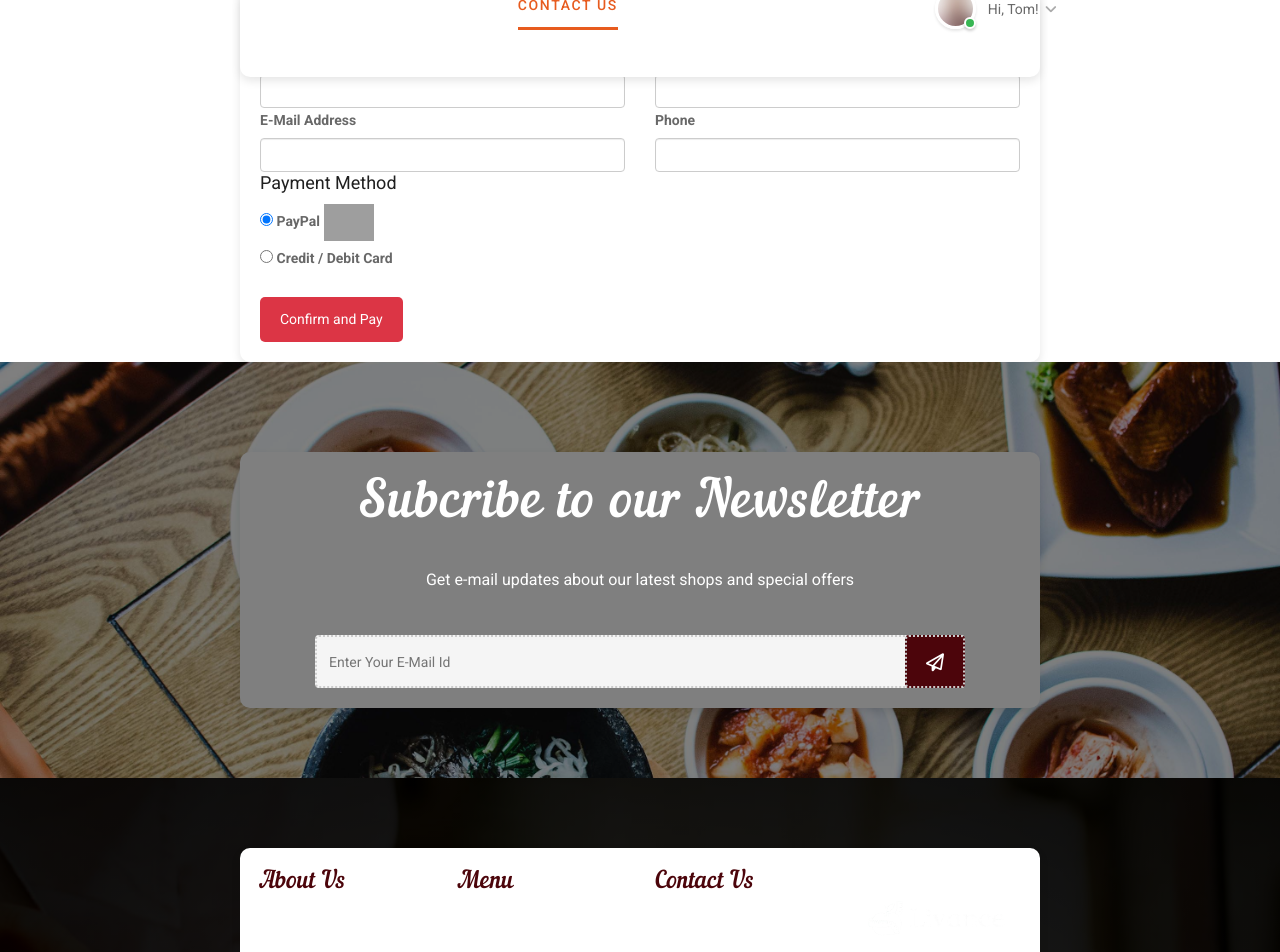
Repository: Surahailat/masterpiece
Page: masterpiece-p1/Payment .html
The author's editor kept a copy of each file at every save. The page is drawn from the files as they stood at one save, then again after a run of saves.
The browser window is 1280 px wide. The pictures show the part of the page from y = 368 to 1320 px (the page is 1757 px tall before and 1793 px after).
Pictures or frames that could not be fetched are drawn as grey boxes. Backgrounds fixed to the window are drawn as part of the page. Some web fonts or font styles are not loaded; a fallback is used. Some web libraries are served in a nearby version.

Above is the page before, as saved 2025-02-08 19:06:41.

### masterpiece-p1/Payment .html
<!DOCTYPE html>
<html lang="en">

<head>
    <!-- Basic -->
    <meta charset="utf-8">
    <meta http-equiv="X-UA-Compatible" content="IE=edge">

    <!-- Mobile Metas -->
    <meta name="viewport" content="width=device-width, maximum-scale=1, initial-scale=1, user-scalable=0">

    <!-- Site Metas -->
    <title>Food Funday Restaurant - One page HTML Responsive</title>
    <meta name="keywords" content="">
    <meta name="description" content="">
    <meta name="author" content="">

    <!-- Site Icons -->
    <link rel="shortcut icon" href="images/favicon.ico" type="image/x-icon" />
    <link rel="apple-touch-icon" href="images/apple-touch-icon.png">
    <link rel="stylesheet" href="https://maxcdn.bootstrapcdn.com/font-awesome/4.6.1/css/font-awesome.min.css">
    <!-- Bootstrap CSS -->
    <link rel="stylesheet" href="css/bootstrap.min.css">
    <link rel="stylesheet" href="https://cdn.jsdelivr.net/npm/bootstrap-icons@1.3.0/font/bootstrap-icons.css">
    <!-- Site CSS -->
    <link rel="stylesheet" href="css/Payment .css">
    <!-- Responsive CSS -->
    <link rel="stylesheet" href="css/responsive.css">
    <!-- color -->
    <link id="changeable-colors" rel="stylesheet" href="css/colors/orange.css" />
    <link href="https://cdnjs.cloudflare.com/ajax/libs/font-awesome/6.0.0-beta3/css/all.min.css" rel="stylesheet">



    <script src="https://kit.fontawesome.com/64d58efce2.js" crossorigin="anonymous"></script>



    <!-- Modernizer -->
    <script src="js/modernizer.js"></script>
</head>

<body>
    <div id="loader">
        <div id="status"></div>
    </div>
    <div id="site-header">
        <header id="header" class="header-block-top">
            <div class="container">
                <div class="row">
                    <div class="main-menu">
                        <!-- navbar -->
                        <nav class="navbar navbar-default" id="mainNav">
                            <div class="navbar-header">
                                <button type="button" class="navbar-toggle collapsed" data-toggle="collapse"
                                    data-target="#navbar" aria-expanded="false" aria-controls="navbar">
                                    <span class="sr-only">Toggle navigation</span>
                                    <span class="icon-bar"></span>
                                    <span class="icon-bar"></span>
                                    <span class="icon-bar"></span>
                                </button>
                            </div>
                            <div id="navbar" class="navbar-collapse collapse">
                                <ul class="nav navbar-nav navbar-left" style="width: 2%;">
                                    <li><img src="/images/Screenshot_2025-01-26_114436-removebg-preview (1).png" alt=""
                                            style="width: 34rem;
                                        position: relative;
                                        right: 56%;
                                        top: -6rem;"></li>
                                </ul>
                                <ul class="nav navbar-nav navbar" style="margin-left: 18%;">
                                    <li class="active"><a href="#banner">Home</a></li>
                                    <li><a href="#about">My Meals</a></li>
                                    <li><a href="#our_team">Shop</a></li>
                                    <li><a href="#menu">Our Doctors</a></li>
                                    <li><a href="#gallery">BMR Calculator</a></li>

                                    <li><a href="#reservation">About us</a></li>
                                    <li><a href="#footer">Contact us</a></li>
                                </ul>
                                <!-- Right Side Content / End -->
                                <div class="right-side">
                                    <div class="header-widget">
                                        <!-- User Menu -->
                                        <div class="user-menu">
                                            <div class="user-name"><span><img src="images/dashboard-avatar.jpg"
                                                        alt=""></span>Hi, Tom!</div>
                                            <ul>
                                                <li><a href=""><i class="fa-regular fa-user"
                                                            style="color: #696969;"></i> My Profile</a></li>
                                                <li><a href=""><i class="fa-regular fa-envelope-open"
                                                            style="color: #696969;"></i> Messages</a></li>
                                                <li><a href=""><i class="fa-solid fa-arrow-right-from-bracket"
                                                            style="color: #696969;"></i> Logout</a></li>
                                            </ul>
                                        </div>
                                    </div>
                                </div>

                            </div>
                            <!-- end nav-collapse -->
                        </nav>
                        <!-- end navbar -->
                    </div>
                </div>
                <!-- end row -->
            </div>
            <!-- end container-fluid -->
        </header>
        <!-- end header -->
    </div>
    <!-- end site-header -->

    <div id="banner" class="banner full-screen-mode parallax">
        <video autoplay muted loop id="background-video">
            <source src="https://videos.pexels.com/video-files/7821640/7821640-hd_1920_1080_30fps.mp4" type="video/mp4">
            Your browser does not support the video tag.
        </video>
    </div>

    <!-- end banner -->




    <div class="container">
        <h3 class="mb-4">Personal Details</h3>
        <div class="row g-3">
            <div class="col-md-6">
                <label for="firstName" class="form-label">First Name</label>
                <input type="text" class="form-control" id="firstName">
            </div>
            <div class="col-md-6">
                <label for="lastName" class="form-label">Last Name</label>
                <input type="text" class="form-control" id="lastName">
            </div>
            <div class="col-md-6">
                <label for="email" class="form-label">E-Mail Address</label>
                <input type="email" class="form-control" id="email">
            </div>
            <div class="col-md-6">
                <label for="phone" class="form-label">Phone</label>
                <input type="text" class="form-control" id="phone">
            </div>
        </div>

        <h3 class="mt-5 mb-4">Payment Method</h3>
        <div>
            <div class="form-check">
                <input class="form-check-input" type="radio" name="paymentMethod" id="paypal" value="paypal" checked>
                <label class="form-check-label" for="paypal">
                    PayPal
                    <img src="https://upload.wikimedia.org/wikipedia/commons/b/b5/PayPal.svg" alt="PayPal" width="50">
                </label>
            </div>
            <div class="payment-tab-content" id="paypal-content">
                <p>You will be redirected to PayPal to complete the payment.</p>

            </div>

            <div class="form-check mt-3">
                <input class="form-check-input" type="radio" name="paymentMethod" id="creditCard" value="creditCard">
                <label class="form-check-label" for="creditCard">
                    Credit / Debit Card

                </label>
            </div>
            <div class="payment-tab-content" id="creditCard-content">
                <div class="row g-3 mt-3">
                    <div class="col-md-6">
                        <label for="nameOnCard" class="form-label">Name on Card</label>
                        <input type="text" class="form-control" id="nameOnCard">
                    </div>
                    <div class="col-md-6">
                        <label for="cardNumber" class="form-label">Card Number</label>
                        <input type="text" class="form-control" id="cardNumber" placeholder="1234 5678 9876 5432">
                    </div>
                    <div class="col-md-4">
                        <label for="expiryMonth" class="form-label">Expiry Month</label>
                        <input type="text" class="form-control" id="expiryMonth" placeholder="MM">
                    </div>
                    <div class="col-md-4">
                        <label for="expiryYear" class="form-label">Expiry Year</label>
                        <input type="text" class="form-control" id="expiryYear" placeholder="YY">
                    </div>
                    <div class="col-md-4">
                        <label for="cvv" class="form-label">CVV</label>
                        <input type="text" class="form-control" id="cvv">
                    </div>
                </div>
            </div>
        </div>

        <a href="#" class="button">Confirm and Pay</a>
    </div>








    <div id="footer" class="footer-main">
        <div class="footer-news pad-top-100 pad-bottom-70 parallax">
            <div class="container">
                <div class="row">
                    <div class="col-lg-12 col-md-12 col-sm-12 col-xs-12">
                        <div class="wow fadeIn" data-wow-duration="1s" data-wow-delay="0.1s">
                            <h2 class="ft-title color-white text-center">Subcribe to our Newsletter</h2>
                            <p> Get e-mail updates about our latest shops and special offers</p>
                        </div>
                        <form>
                            <input type="email" placeholder="Enter your e-mail id">
                            <a href="#" class="orange-btn"><i class="fa fa-paper-plane-o" aria-hidden="true"></i></a>
                        </form>
                    </div>
                    <!-- end col -->
                </div>
                <!-- end row -->
            </div>
            <!-- end container -->
        </div>
        <!-- end footer-news -->
        <div class="footer-box pad-top-70">
            <div class="container">
                <div class="row">
                    <div class="footer-in-main">

                        <div class="col-lg-3 col-md-3 col-sm-6 col-xs-12">
                            <div class="footer-box-a">
                                <h3>About Us</h3>
                                <p>A dedicated platform for healthy recipes tailored for individuals with diabetes
                                    and
                                    hypertension. Discover balanced and delicious meal options to support your
                                    health
                                    and lifestyle.</p>
                                <ul class="socials-box footer-socials pull-left">
                                    <li>
                                        <a href="#">
                                            <div class="social-circle-border"><i class="bi bi-facebook"></i></div>
                                        </a>
                                    </li>

                                    <li>
                                        <a href="#">
                                            <div class="social-circle-border"><i class="bi bi-instagram"></i>
                                            </div>
                                        </a>
                                    </li>
                                    <li>
                                        <a href="#">
                                            <div class="social-circle-border"><i class="bi bi-youtube"></i></div>
                                        </a>
                                    </li>
                                </ul>

                            </div>
                            <!-- end footer-box-a -->
                        </div>
                        <!-- end col -->
                        <div class="col-lg-3 col-md-3 col-sm-6 col-xs-12">
                            <div class="footer-box-b">
                                <h3>Menu</h3>
                                <ul>
                                    <li><a href="#">Homa</a></li>
                                    <li><a href="#">My Meals</a></li>
                                    <li><a href="#">Shop</a></li>
                                    <li><a href="#">Our Doctors</a></li>
                                    <li><a href="#">BMR Calculator</a></li>
                                    <li><a href="#">About us</a></li>
                                    <li><a href="#">Contact us</a></li>

                                </ul>
                            </div>
                            <!-- end footer-box-b -->
                        </div>
                        <!-- end col -->
                        <div class="col-lg-3 col-md-3 col-sm-6 col-xs-12">
                            <div class="footer-box-c">
                                <h3>Contact Us</h3>

                                <p>
                                    <i class="fa fa-mobile" aria-hidden="true"></i>
                                    <span>
                                        +962 7 7777 7777
                                    </span>
                                </p>
                                <p>
                                    <i class="fa fa-envelope" aria-hidden="true"></i>
                                    <span><a href="#">info@example.com</a></span>
                                </p>
                            </div>
                            <!-- end footer-box-c -->
                        </div>
                        <!-- end col -->
                        <div class="footer-logo">
                            <div class="text-center">
                                <img src="/images/Screenshot_2025-01-26_114436-removebg-preview (1).png" alt="" style="    width: 25%;
margin-top: -2%;" />
                            </div>
                        </div>
                    </div>
                    <!-- end footer-in-main -->
                </div>
                <!-- end row -->
            </div>
            <!-- end container -->
            <div id="copyright" class="copyright-main">
                <div class="container">
                    <div class="row">
                        <div class="col-lg-12 col-md-12 col-sm-12 col-xs-12">
                            <h6 class="copy-title"> Copyright &copy; 2025 HEALTHY IS WEALTHY .All right reserved.
                                <br>
                                <br>
                                <a href="https://themewagon.com/" target="_blank">Terms & Condition </a>
                                <a href="https://themewagon.com/" target="_blank">Privacy Policy</a>
                            </h6>
                        </div>
                    </div>
                    <!-- end row -->
                </div>
                <!-- end container -->
            </div>
            <!-- end copyright-main -->
        </div>
        <!-- end footer-box -->
    </div>
    <!-- end footer-main -->
    <!-- ALL JS FILES -->


    <a href="#" class="scrollup" style="display: none;">Scroll</a>




    <script src="js/all.js"></script>
    <script src="js/bootstrap.min.js"></script>
    <!-- ALL PLUGINS -->
    <script src="js/custom.js"></script>
    <script src="https://code.jquery.com/jquery-2.2.4.min.js"></script>
    <script>
        document.addEventListener("DOMContentLoaded", function () {
            const userMenu = document.querySelector(".user-menu");
            const userName = userMenu.querySelector(".user-name");
            const menuList = userMenu.querySelector("ul");

            userName.addEventListener("click", function (event) {
                event.stopPropagation(); // منع غلق القائمة عند الضغط على العنصر نفسه
                userMenu.classList.toggle("active");
            });

            document.addEventListener("click", function (event) {
                if (!userMenu.contains(event.target)) {
                    userMenu.classList.remove("active"); // إخفاء القائمة عند النقر خارجها
                }
            });
        });
    </script>
</body>

</html>

### masterpiece-p1/css/colors/orange.css
.navbar-default .navbar-toggle .icon-bar{
	background-color: #e75b1e;
}
.main-menu .navbar-default .navbar-nav .active a{
	color: #e75b1e;
}
.main-menu nav li a::after {
    background: #e75b1e;
}
.typer{
	color: #e75b1e !important;
}
.banner-text h2{
	color: #e75b1e
}
.book-btn a{
	background: #e75b1e;
	border: 3px solid #e75b1e;
}
.book-btn a:hover{
	border: 3px solid #f04900;
}
.hvr-underline-from-center::before{
	background:#f04900;
}
.block-title{
	color: #e75b1e;
}
.item-type-zoom .item-hover:hover::before{
	background: rgba(231, 91, 30, 0.5);
}
.special-box .owl-theme .owl-controls .owl-page.active span{
	background: #e75b1e;
}
.offer-item div h3{
	color: #e75b1e;
}
.tab-menu .is-active{
	background: #e75b1e;
}
.tab-menu .slick-arrow.slick-prev{
	background: #e75b1e url(../../images/back.png) no-repeat center;
	background-position: 2px 4px;
}
.tab-menu .slick-arrow.slick-next{
	background: #e75b1e url(../../images/next.png) no-repeat center;
	background-position: 7px 4px;
}

.offer-item .offer-price{
	border: 1px solid #e75b1e;
}
.sf-team:hover .text-col{
	background-color: #e75b1e;
}
.gal-item a::after{
	background-color: rgba(231, 91, 30, 0.75);
}
.overlay i:hover{
	border: 1px solid #e75b1e;
	color: #e75b1e;
}
.blog-btn-v a{
	background: #e75b1e;
	border: 3px solid #e75b1e;
}
.book-srv a{
	background: #e75b1e;
	border: 3px solid #e75b1e;
}

.panel-pricing .panel-heading{
	background: #e75b1e;
}
.panel-pricing{
	border: 1px solid #e75b1e;
}
.panel-body p strong span{
	color: #e75b1e;
}
.pricing-main .panel-footer a{
	background: #e75b1e;
	border: 3px solid #e75b1e;
}
.pricing-main .panel-footer a:hover{
	border: 3px solid #f04900;
}

.reserve-book-btn button{
	background: #e75b1e;
	border: 3px solid #e75b1e;
}
.reserve-book-btn button:hover a{
	color:#000000;
}
.footer-news form a{
	background: #e75b1e;
}
.footer-news form a:hover{
	border: 2px dotted #e75b1e;
}
.footer-box-a h3{
	color: #e75b1e;
}
.footer-box-b h3{
	color: #e75b1e;
}
.footer-box-c h3{
	color: #e75b1e;
}
.footer-box-d h3{
	color: #e75b1e;
}
.footer-box-c p a:hover{
	color: #e75b1e;
}
.footer-box-b ul li a:hover{
	color: #e75b1e;
}

.footer-box .socials-box a:hover .social-circle-border{
	color: #e75b1e;
}

.footer-box-c p i{
	color: #e75b1e;
}

.copyright-main{
	background: #e75b1e;
}

#color-panel a.panel-button:hover{
	color: #e75b1e;
}

Loaded but not shown: masterpiece-p1/css/bootstrap.min.css (library); masterpiece-p1/css/owl.theme.css (common file); masterpiece-p1/css/owl.carousel.css (library); masterpiece-p1/css/slick.css (common file); masterpiece-p1/css/flaticon.css (common file); masterpiece-p1/css/font-awesome.min.css (library); masterpiece-p1/css/bootstrap-datetimepicker.css (library); masterpiece-p1/css/bootstrap-select.min.css (library); masterpiece-p1/css/normalize.css (library); masterpiece-p1/css/animate.min.css (library); masterpiece-p1/js/all.js (library); masterpiece-p1/js/bootstrap.min.js (library); masterpiece-p1/js/modernizer.js (4546 lines, source omitted); masterpiece-p1/js/custom.js (309 lines, source omitted); masterpiece-p1/css/Payment .css (1104 lines, source omitted); masterpiece-p1/css/responsive.css (333 lines, source omitted)

After the next 2 saves:
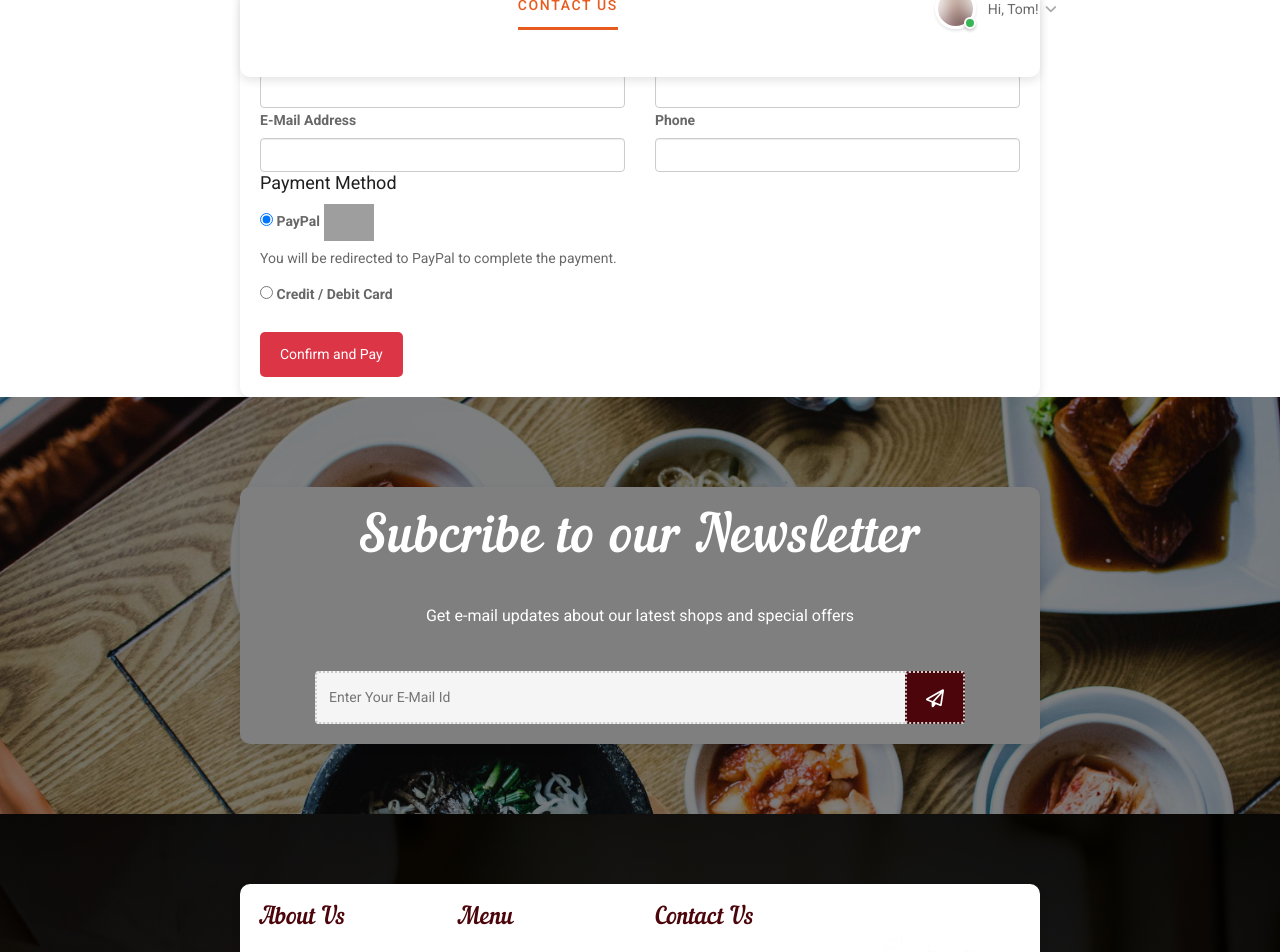
The 2 saves are shown as one change because they came seconds apart.
The last was saved 25 s later.
--- a/masterpiece-p1/Payment .html
+++ b/masterpiece-p1/Payment .html
@@ -357,6 +357,29 @@ margin-top: -2%;" />
                 }
             });
         });
+
+                // Handle payment method selection
+                const paypalRadio = document.getElementById('paypal');
+        const creditCardRadio = document.getElementById('creditCard');
+        const paypalContent = document.getElementById('paypal-content');
+        const creditCardContent = document.getElementById('creditCard-content');
+
+        function togglePaymentContent() {
+            if (paypalRadio.checked) {
+                paypalContent.style.display = 'block';
+                creditCardContent.style.display = 'none';
+            } else if (creditCardRadio.checked) {
+                creditCardContent.style.display = 'block';
+                paypalContent.style.display = 'none';
+            }
+        }
+
+        // Add event listeners
+        paypalRadio.addEventListener('change', togglePaymentContent);
+        creditCardRadio.addEventListener('change', togglePaymentContent);
+
+        // Initialize
+        togglePaymentContent();
     </script>
 </body>
 
